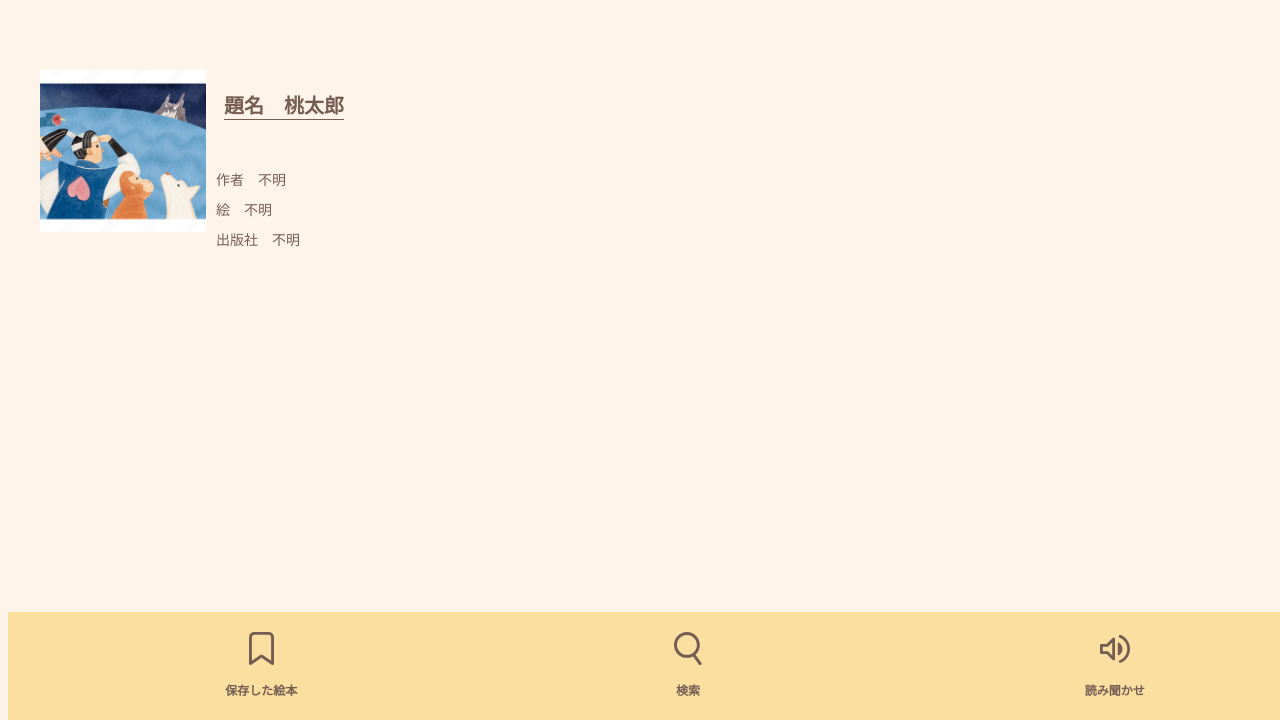
Repository: kmii12/2024-teampj
Page: /result/resultDetail/1
These files come from the project's save history. The page is drawn as it stood at one moment and after a run of saves; the edit follows.
The browser window is 1280 px wide. The pictures show the whole page.
The project was rebuilt for these pictures with package versions that can differ from the ones it lists, and the page was loaded fresh each time. The framework's server and built-in components were replaced by stand-ins that run in the browser. Also part of the build but not shown: next.config.mjs.

Above is the page before, as saved 2024-10-29 23:33:56.

After the next 2 saves:
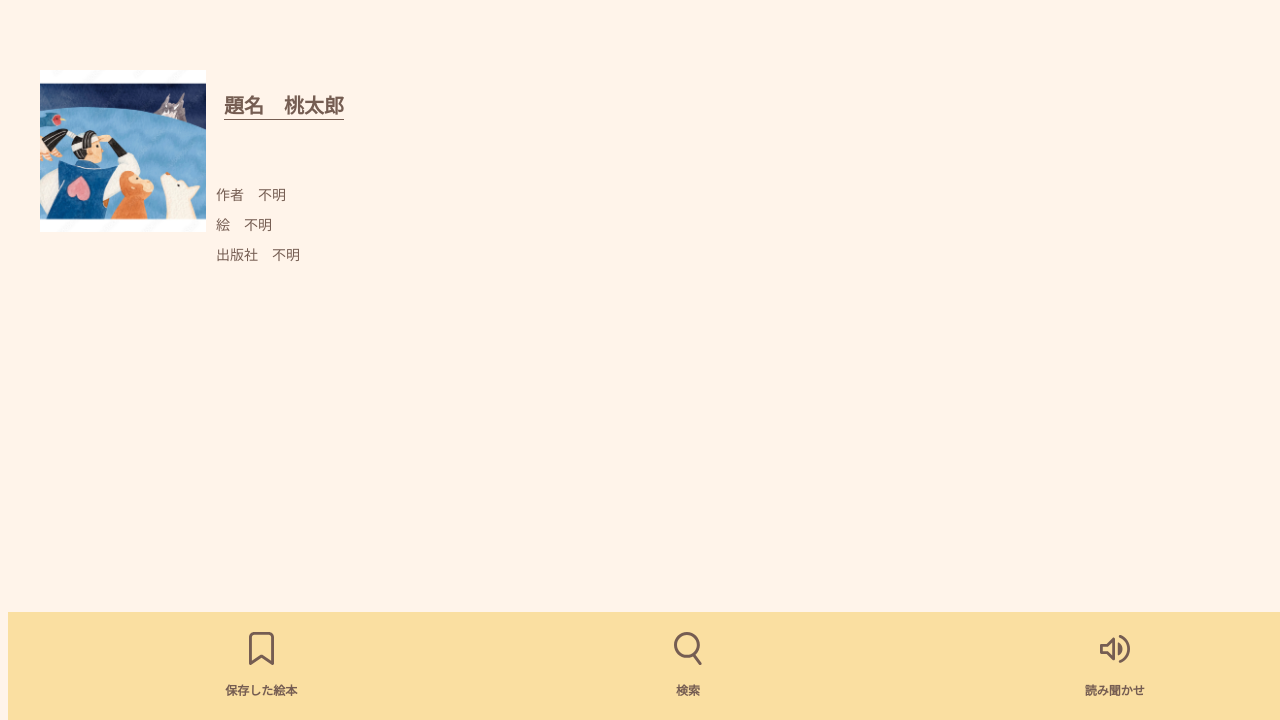
The 2 saves are shown as one change because they came seconds apart.
The last was saved 10 s later.
--- a/src/app/result/resultDetail/[id]/ResultDetail.module.scss
+++ b/src/app/result/resultDetail/[id]/ResultDetail.module.scss
@@ -28,7 +28,7 @@
     width: 180px;
     .fixedBottom {
       position: absolute;
-      bottom: 25px;
+      bottom: 10px;
       left: 190px;
       p {
         font-size: 1.4rem;
